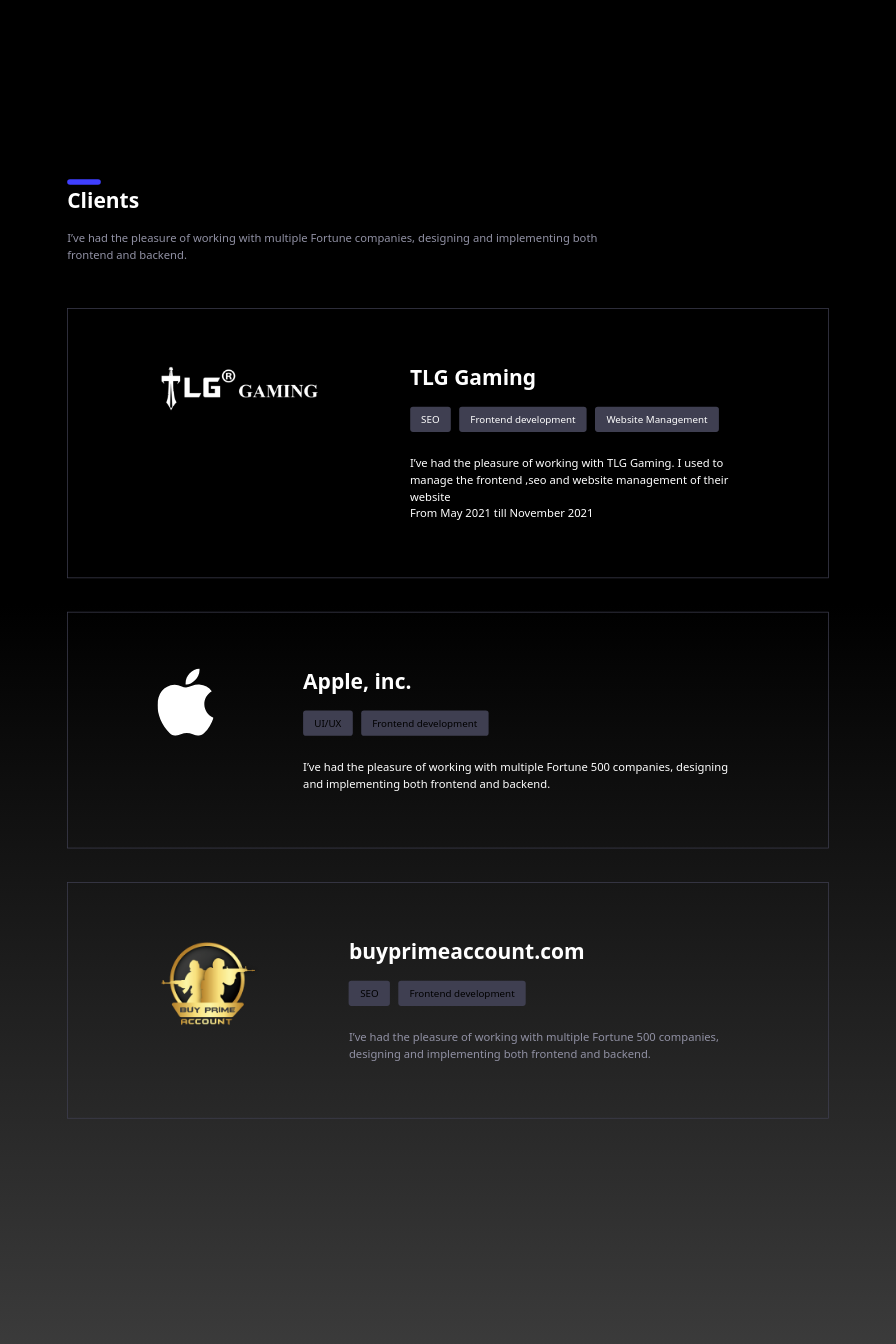
Repository: Alex0715/portfolio
Page: /components/client
The author's editor kept a copy of each file at every save. The page is drawn from the files as they stood at one save, then again after the next save.
The browser window is 1280 px wide. The pictures show the part of the page from y = 0 to 1920 px (the page is 5756 px tall), at 70% of full size.
The project was rebuilt for these pictures with package versions that can differ from the ones it lists, and the page was loaded fresh each time. The framework's server and built-in components were replaced by stand-ins that run in the browser. Also part of the build but not shown: next.config.js.

Above is the page before, as saved 2022-02-04 02:19:05.

### pages/components/client.js
function Client() {
  return <div className="container mt-64 flex justify-between items-center mx-auto px-8 md:px-14 lg:px-24 w-full">
  <section className="w-full">
      <h2 id="clients" className="secondary-title text-white">Clients</h2>
      <p className="section-paragraph ">I’ve had the pleasure of working with multiple Fortune companies, designing and implementing both frontend and backend.</p>


      <div className="space-y-12 my-16">
          <div className="w-full border border-nav p-16 lg:px-32 lg:py-20 lg:space-x-32 flex justify-center lg:justify-start flex-wrap lg:flex-nowrap">


              <div className="mb-6 lg:mb-0">
                  <img src="/tlg.png" classNameName="flex flex-grow justify-content items-center"/>

              </div>


              <div className="flex flex-wrap justify-center text-center lg:text-left lg:block">
                  <h3 className="text-white text-3xl font-semibold">TLG Gaming</h3>

                  <div className="w-full lg:w-auto flex flex-wrap justify-center lg:justify-start gap-3 mt-6 mb-8">
                      <div className="badge text-white">SEO</div>
                      <div className="badge text-white">Frontend development</div>
                      <div className="badge text-white">Website Management</div>
                  </div>

                  <p className="text-white">I’ve had the pleasure of working with TLG Gaming. I used to manage the frontend ,seo and website management of their website</p>
                  <p className="text-white">From May 2021 till November 2021</p>
              </div>

          </div>
          <div className="w-full border border-nav p-16 lg:px-32 lg:py-20 lg:space-x-32 flex justify-center lg:justify-start flex-wrap lg:flex-nowrap">


              <div className="mb-6 lg:mb-0">
                  <svg width="80" height="96" viewBox="0 0 80 96" fill="none" xmlns="http://www.w3.org/2000/svg"><path d="M66.6983 92.1599C61.5487 97.2095 55.867 96.4223 50.4513 94.0415C44.6936 91.6127 39.4299 91.4591 33.3492 94.0415C25.7767 97.3439 21.7577 96.3839 17.1972 92.1599C-8.55106 65.3759 -4.75058 24.5759 24.5131 23.0399C31.6105 23.4239 36.5796 27.0047 40.7601 27.3023C46.9739 26.0255 52.9216 22.3679 59.5724 22.8479C67.5629 23.5007 73.5392 26.6879 77.5297 32.4191C61.0926 42.4031 64.9881 64.2911 80.0855 70.4351C77.0641 78.4511 73.1876 86.3711 66.6888 92.2271L66.6983 92.1599ZM40.19 22.7519C39.4204 10.8479 48.9691 1.05595 59.9525 0.0959473C61.4632 13.8239 47.6009 24.0959 40.19 22.7519Z" fill="white"/></svg>
              </div>


              <div className="flex flex-wrap justify-center text-center lg:text-left lg:block">
                  <h3 className="text-white text-3xl font-semibold">Apple, inc.</h3>

                  <div className="w-full lg:w-auto flex flex-wrap justify-center lg:justify-start gap-3 mt-6 mb-8">
                      <div className="badge">UI/UX</div>
                      <div className="badge">Frontend development</div>
                  </div>

                  <p className="text-white">I’ve had the pleasure of working with multiple Fortune 500 companies, designing and implementing both frontend and backend.</p>
              </div>

          </div>
          <div className="w-full border border-nav p-16 lg:px-32 lg:py-20 lg:space-x-32 flex justify-center lg:justify-start flex-wrap lg:flex-nowrap">


              <div className="mb-6 lg:mb-0">
              <img src="bp.png" alt="fb" className="flex-grow items-center "/>
              </div>


              <div className="flex flex-wrap justify-center text-center lg:text-left lg:block">
                  <h3 className="text-white text-3xl font-semibold">buyprimeaccount.com</h3>

                  <div className="w-full lg:w-auto flex flex-wrap justify-center lg:justify-start gap-3 mt-6 mb-8">
                      <div className="badge">SEO</div>
                      <div className="badge">Frontend development</div>
                  </div>

                  <p className="text-secondary">I’ve had the pleasure of working with multiple Fortune 500 companies, designing and implementing both frontend and backend.</p>
              </div>

          </div>
      </div>

  </section>
</div>;
}

export default Client;

### styles/globals.css
@tailwind base;
@tailwind components;
@tailwind utilities;

body{
    scroll-behavior: smooth;
   height: 5500px;
  background: linear-gradient(#000000, #000000 15%, #737373 51%, #ffffff 75%);

}
.left-50{
    left: 50%;
}
.right-50{
    right: 50%;
}
.top-50{
    top:50%;
}

.-z-1 {
    z-index: -1;
}

.secondary-title {
    @apply text-3xl font-bold;
}

.secondary-title::before {
    content: "";
    @apply block w-12 h-2 bg-theme rounded-full mb-1;
}

.section-paragraph {
    @apply text-secondary my-6 w-full max-w-3xl;
}

.badge {
    @apply px-4 py-2 text-sm rounded bg-badge;
}

[id] {
scroll-margin-top: 100px;
}

.left-percentage {
    left: 5%;
}

.h-screen-partial {
    height: 80vh;
}

.logo{
    transition: 0.2s;
}
.logo:hover{
    transition: 0.2s;
    letter-spacing: 0.5em;
}


.nav-dot:hover span{
    opacity:1;
    transition: background 200ms
}

Loaded but not shown: pages/_app.tsx (common file); tailwind.config.js (common file)

After the next save:
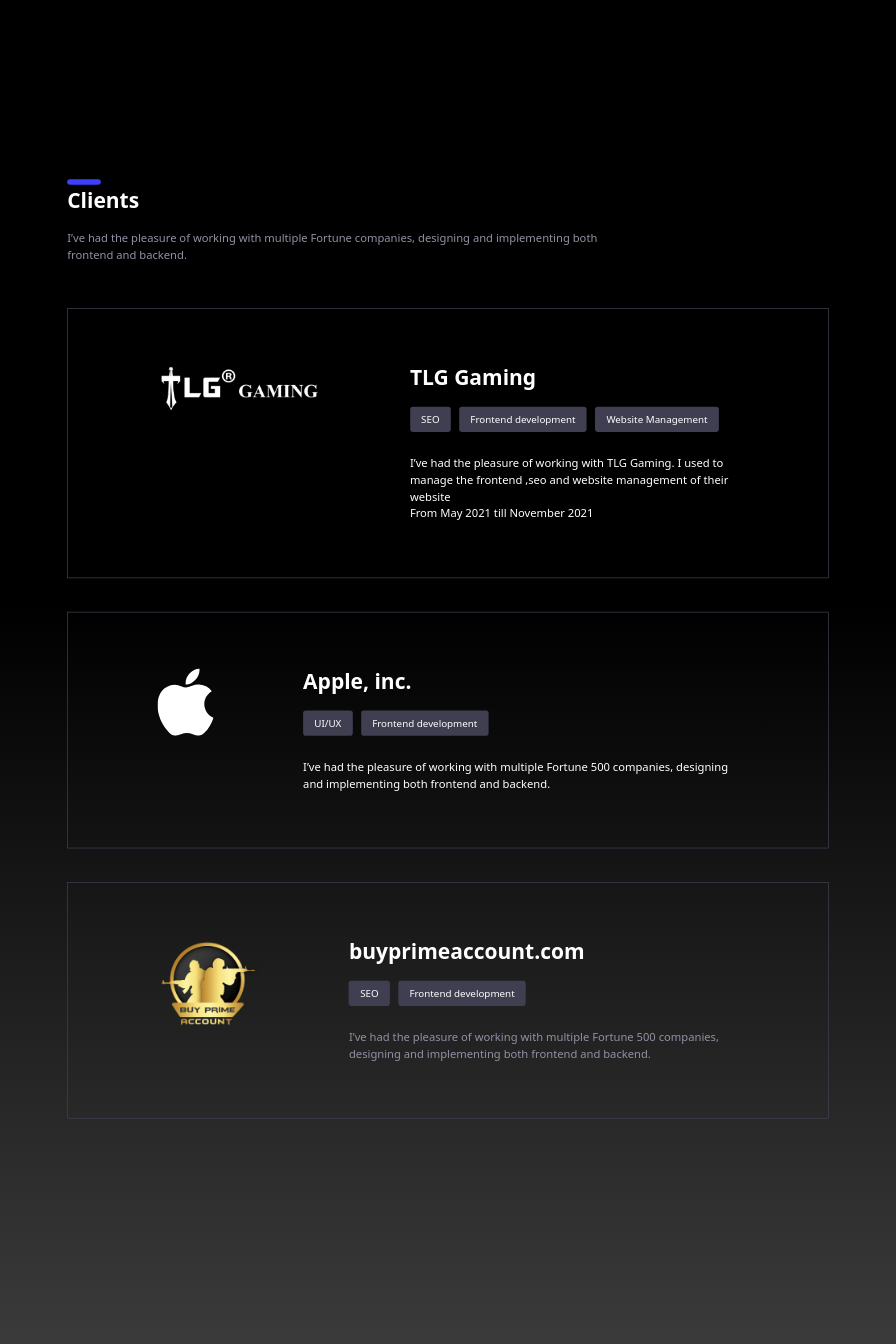
Saved 11 s later.
--- a/pages/components/client.js
+++ b/pages/components/client.js
@@ -41,8 +41,8 @@
                   <h3 className="text-white text-3xl font-semibold">Apple, inc.</h3>
 
                   <div className="w-full lg:w-auto flex flex-wrap justify-center lg:justify-start gap-3 mt-6 mb-8">
-                      <div className="badge">UI/UX</div>
-                      <div className="badge">Frontend development</div>
+                      <div className="badge text-white">UI/UX</div>
+                      <div className="badge text-white">Frontend development</div>
                   </div>
 
                   <p className="text-white">I’ve had the pleasure of working with multiple Fortune 500 companies, designing and implementing both frontend and backend.</p>
@@ -61,8 +61,8 @@
                   <h3 className="text-white text-3xl font-semibold">buyprimeaccount.com</h3>
 
                   <div className="w-full lg:w-auto flex flex-wrap justify-center lg:justify-start gap-3 mt-6 mb-8">
-                      <div className="badge">SEO</div>
-                      <div className="badge">Frontend development</div>
+                      <div className="badge text-white">SEO</div>
+                      <div className="badge text-white">Frontend development</div>
                   </div>
 
                   <p className="text-secondary">I’ve had the pleasure of working with multiple Fortune 500 companies, designing and implementing both frontend and backend.</p>
